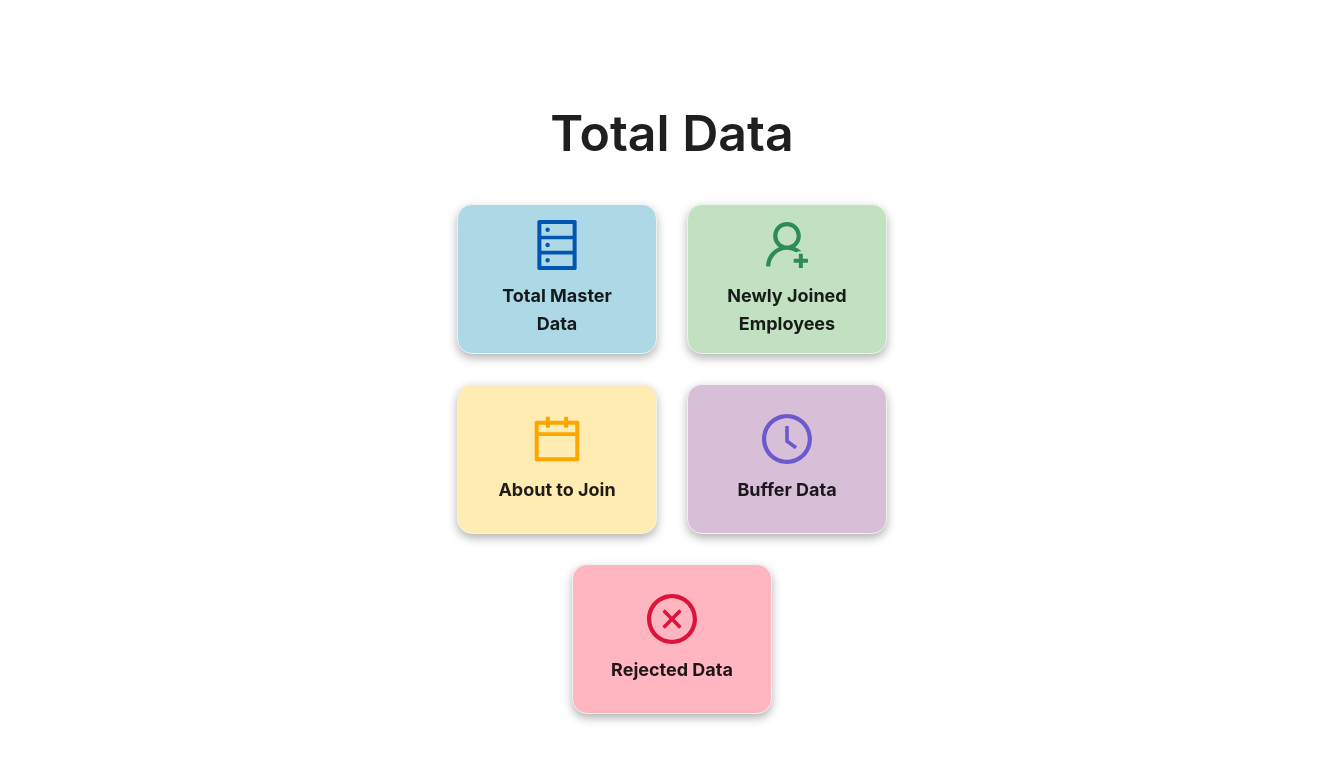
Repository: Moqueed/Delta_Iot
Page: /total-data (app in client/)
An editor plug-in stored every save of this project. The page is shown before and after the next save, followed by the edit.
The browser window is 1280 px wide. The page is 1344 px wide, so the pictures cover 1344 px, including what lies to the right of the window. The pictures show the whole page.
The project was rebuilt for these pictures with package versions that can differ from the ones it lists, and the page was loaded fresh each time. Also part of the build but not shown: client/vite.config.js, client/src/api/index.js, client/src/api/users.js, client/src/pages/Register/index.jsx, client/src/pages/Login/index.jsx, client/src/components/ProtectedRoute.jsx, client/src/pages/HR/HRDashboard.jsx, client/src/pages/Admin/AdminDashboard.jsx.

Above is the page before, as saved 2025-03-13 23:09:31.

### client/src/App.jsx
import { Route, Routes } from "react-router-dom";
import "./App.css";
import RegisterPage from "./pages/Register";
import LoginPage from "./pages/Login";
import ProtectedRoute from "./components/ProtectedRoute";
import HRDashboard from "./pages/HR/HRDashboard";
import AdminDashboard from "./pages/Admin/AdminDashboard";
import TotalDataPage from "./pages/HR/TotalDataPage";

function App() {
  return (
    <>
      <Routes>
        <Route path="/register" element={<RegisterPage />} />
        <Route path="/login" element={<LoginPage />} />
        <Route
          path="/hr-dashboard"
          element={
            <ProtectedRoute role="HR">
              <HRDashboard />
            </ProtectedRoute>
          }
        />
        <Route
          path="/admin-dashboard"
          element={
            <ProtectedRoute role="Admin">
              <AdminDashboard />
            </ProtectedRoute>
          }
        />
        <Route path="*" element={<LoginPage />} />
        <Route path="/total-data" element={<TotalDataPage/>}/>
      </Routes>
    </>
  );
}

export default App;

### client/src/pages/HR/TotalDataPage.jsx
import React from "react";
import { Card, Typography } from "antd";
import { DatabaseOutlined, UserAddOutlined, CalendarOutlined, ClockCircleOutlined, CloseCircleOutlined } from "@ant-design/icons";

const { Title } = Typography;

const TotalDataPage = () => {
  const sections = [
    { title: "Total Master Data", color: "#ADD8E6", icon: <DatabaseOutlined style={{ fontSize: "50px", color: "#0056b3" }} /> },
    { title: "Newly Joined Employees", color: "#C1E1C1", icon: <UserAddOutlined style={{ fontSize: "50px", color: "#2E8B57" }} /> },
    { title: "About to Join", color: "#FFECB3", icon: <CalendarOutlined style={{ fontSize: "50px", color: "#FFA500" }} /> },
    { title: "Buffer Data", color: "#D8BFD8", icon: <ClockCircleOutlined style={{ fontSize: "50px", color: "#6A5ACD" }} /> },
    { title: "Rejected Data", color: "#FFB6C1", icon: <CloseCircleOutlined style={{ fontSize: "50px", color: "#DC143C" }} /> },
  ];

  const cardStyle = {
    width: "200px",
    height: "150px",
    display: "flex",
    flexDirection: "column",
    alignItems: "center",
    justifyContent: "center",
    borderRadius: "15px",
    boxShadow: "0 4px 10px rgba(0, 0, 0, 0.3)",
    fontWeight: "bold",
    fontSize: "18px",
    cursor: "pointer",
    transition: "transform 0.3s ease, box-shadow 0.3s ease",
  };

  const handleHover = (e) => {
    e.currentTarget.style.transform = "scale(1.1)";
    e.currentTarget.style.boxShadow = "0 8px 20px rgba(0, 0, 0, 0.5)";
  };

  const handleLeave = (e) => {
    e.currentTarget.style.transform = "scale(1)";
    e.currentTarget.style.boxShadow = "0 4px 10px rgba(0, 0, 0, 0.3)";
  };

  return (
    <div
      style={{
        height: "100vh",
        width: "100vw",
        display: "flex",
        flexDirection: "column",
        alignItems: "center",
        justifyContent: "center",
        backgroundColor: "#ffffff",
        gap: "20px",
        overflow: "hidden",
      }}
    >
      <Title level={1} style={{ marginBottom: "20px", fontSize: "50px" }}>
        Total Data
      </Title>

      <div style={{
        display: "grid",
        gridTemplateColumns: "1fr 1fr",
        gridTemplateRows: "1fr 1fr 1fr",
        gap: "30px",
        justifyItems: "center",
        alignItems: "center"
      }}>
        {sections.map((section, index) => (
          <Card
            key={index}
            style={{ ...cardStyle, backgroundColor: section.color, gridColumn: index === 4 ? "1 / 3" : "auto" }}
            onMouseEnter={handleHover}
            onMouseLeave={handleLeave}
          >
            {section.icon}
            <div style={{ marginTop: "10px" }}>{section.title}</div>
          </Card>
        ))}
      </div>
    </div>
  );
};

export default TotalDataPage;

Loaded but not shown: client/index.html (common file); client/src/main.jsx (common file); client/src/index.css (common file); client/src/App.css (common file)

After the next save:
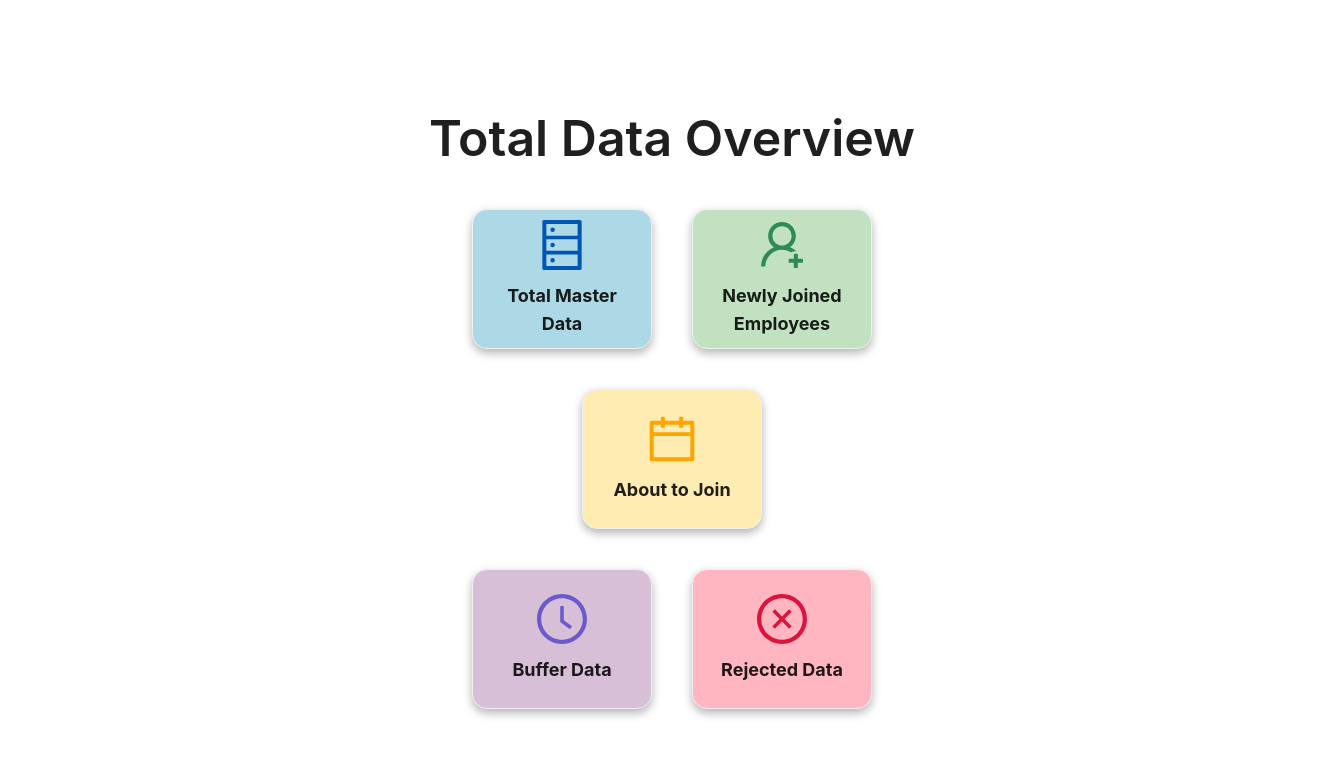
Saved 4 min 9 s later.
--- a/client/src/pages/HR/TotalDataPage.jsx
+++ b/client/src/pages/HR/TotalDataPage.jsx
@@ -14,8 +14,8 @@ const TotalDataPage = () => {
   ];
 
   const cardStyle = {
-    width: "200px",
-    height: "150px",
+    width: "180px",
+    height: "140px",
     display: "flex",
     flexDirection: "column",
     alignItems: "center",
@@ -53,28 +53,57 @@ const TotalDataPage = () => {
       }}
     >
       <Title level={1} style={{ marginBottom: "20px", fontSize: "50px" }}>
-        Total Data
+        Total Data Overview
       </Title>
 
       <div style={{
         display: "grid",
         gridTemplateColumns: "1fr 1fr",
         gridTemplateRows: "1fr 1fr 1fr",
-        gap: "30px",
+        gap: "40px",
         justifyItems: "center",
         alignItems: "center"
       }}>
-        {sections.map((section, index) => (
-          <Card
-            key={index}
-            style={{ ...cardStyle, backgroundColor: section.color, gridColumn: index === 4 ? "1 / 3" : "auto" }}
-            onMouseEnter={handleHover}
-            onMouseLeave={handleLeave}
-          >
-            {section.icon}
-            <div style={{ marginTop: "10px" }}>{section.title}</div>
-          </Card>
-        ))}
+        <Card
+          style={{ ...cardStyle, backgroundColor: sections[0].color }}
+          onMouseEnter={handleHover}
+          onMouseLeave={handleLeave}
+        >
+          {sections[0].icon}
+          <div style={{ marginTop: "10px" }}>{sections[0].title}</div>
+        </Card>
+        <Card
+          style={{ ...cardStyle, backgroundColor: sections[1].color }}
+          onMouseEnter={handleHover}
+          onMouseLeave={handleLeave}
+        >
+          {sections[1].icon}
+          <div style={{ marginTop: "10px" }}>{sections[1].title}</div>
+        </Card>
+        <Card
+          style={{ ...cardStyle, backgroundColor: sections[2].color, gridColumn: "1 / 3" }}
+          onMouseEnter={handleHover}
+          onMouseLeave={handleLeave}
+        >
+          {sections[2].icon}
+          <div style={{ marginTop: "10px" }}>{sections[2].title}</div>
+        </Card>
+        <Card
+          style={{ ...cardStyle, backgroundColor: sections[3].color }}
+          onMouseEnter={handleHover}
+          onMouseLeave={handleLeave}
+        >
+          {sections[3].icon}
+          <div style={{ marginTop: "10px" }}>{sections[3].title}</div>
+        </Card>
+        <Card
+          style={{ ...cardStyle, backgroundColor: sections[4].color }}
+          onMouseEnter={handleHover}
+          onMouseLeave={handleLeave}
+        >
+          {sections[4].icon}
+          <div style={{ marginTop: "10px" }}>{sections[4].title}</div>
+        </Card>
       </div>
     </div>
   );
